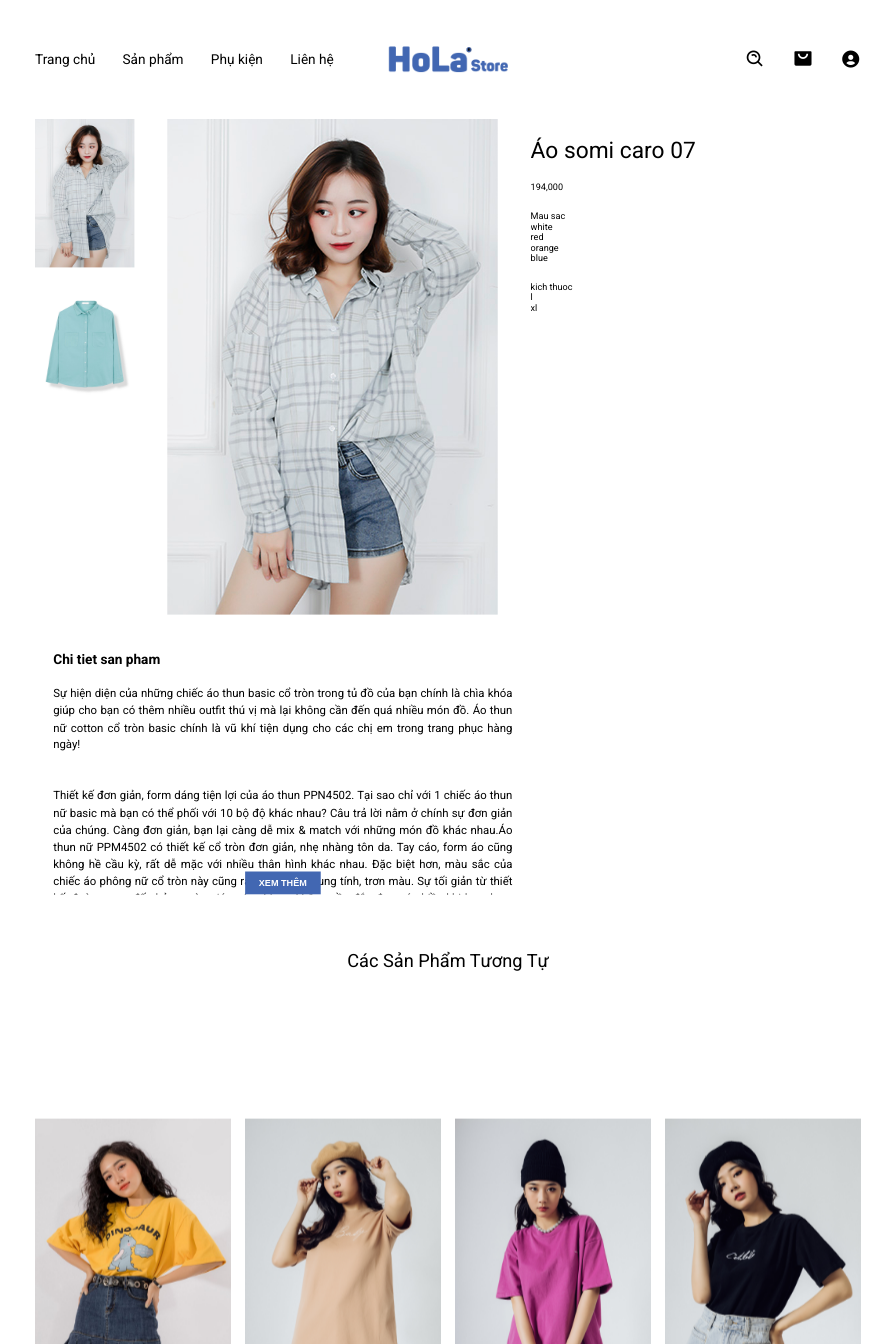
Repository: eric-nguyen-fe/Hola-ecommerce
Page: /catalog/ao-somi-caro-07
An editor plug-in stored every save of this project. The page is shown before and after the next save, followed by the edit.
The browser window is 1280 px wide. The pictures show the part of the page from y = 0 to 1920 px (the page is 4131 px tall), at 70% of full size.
The project was rebuilt for these pictures with package versions that can differ from the ones it lists, and the page was loaded fresh each time. Also part of the build but not shown: src/components/HeroSlider.jsx, src/components/PolicyCard.jsx, src/assets/fake-data/hero-slider.js, src/assets/fake-data/policy.js, src/pages/Home.jsx, src/components/CheckBox.jsx, src/assets/fake-data/category.js, src/assets/fake-data/product-color.js and 4 more.

Above is the page before, as saved 2021-12-10 12:40:53.

After the next save:
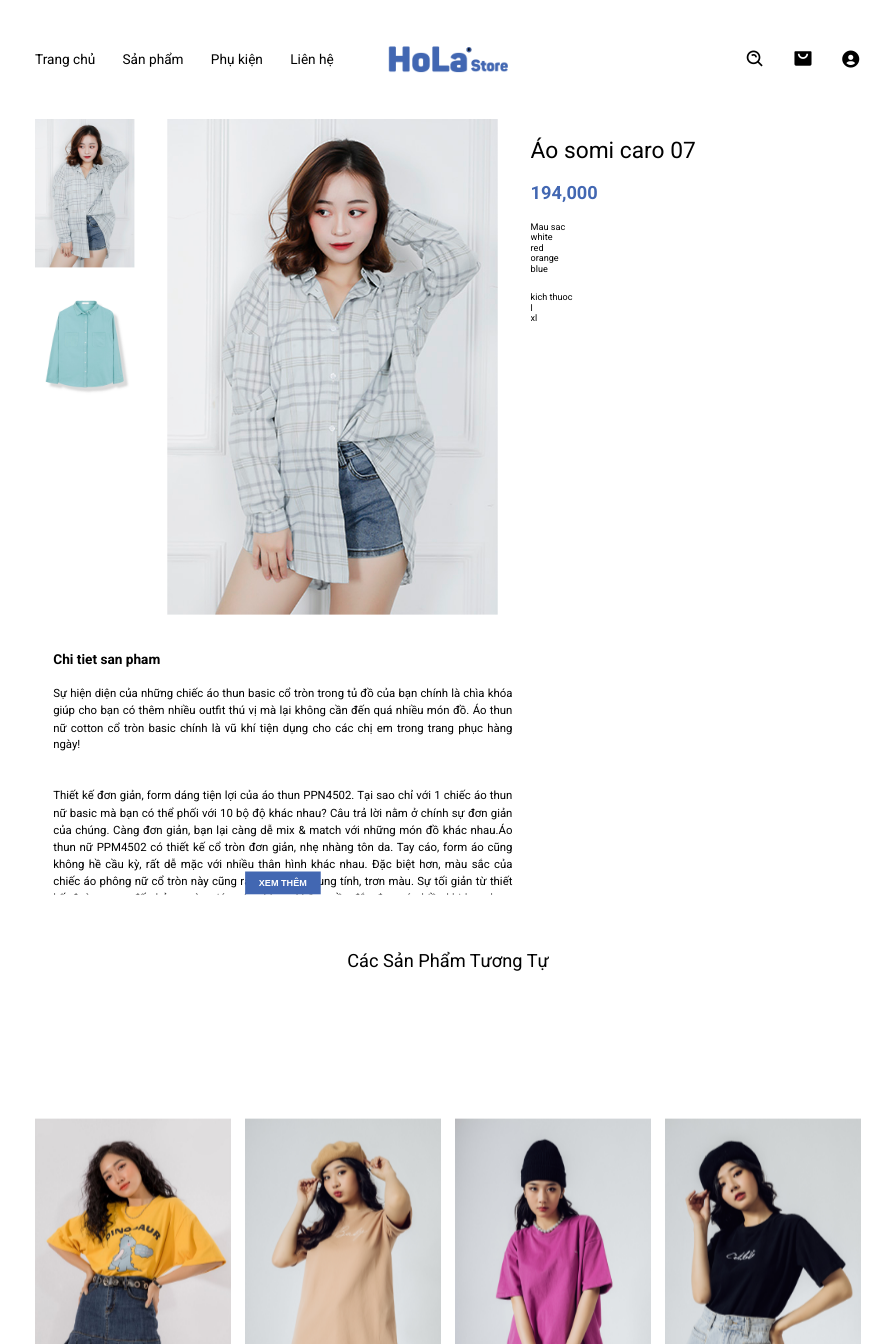
Saved 3 min 3 s later.
--- a/src/components/ProductView.jsx
+++ b/src/components/ProductView.jsx
@@ -47,7 +47,7 @@ const ProductView = props => {
             <div className="product__info">
                 <h1 className="product__info__title">{product.title}</h1>
                 <div className="product__info__item">
-                    <span className="product__info__title__price">
+                    <span className="product__info__item__price">
                         {
                             numberWithCommas(product.price)
                         }
